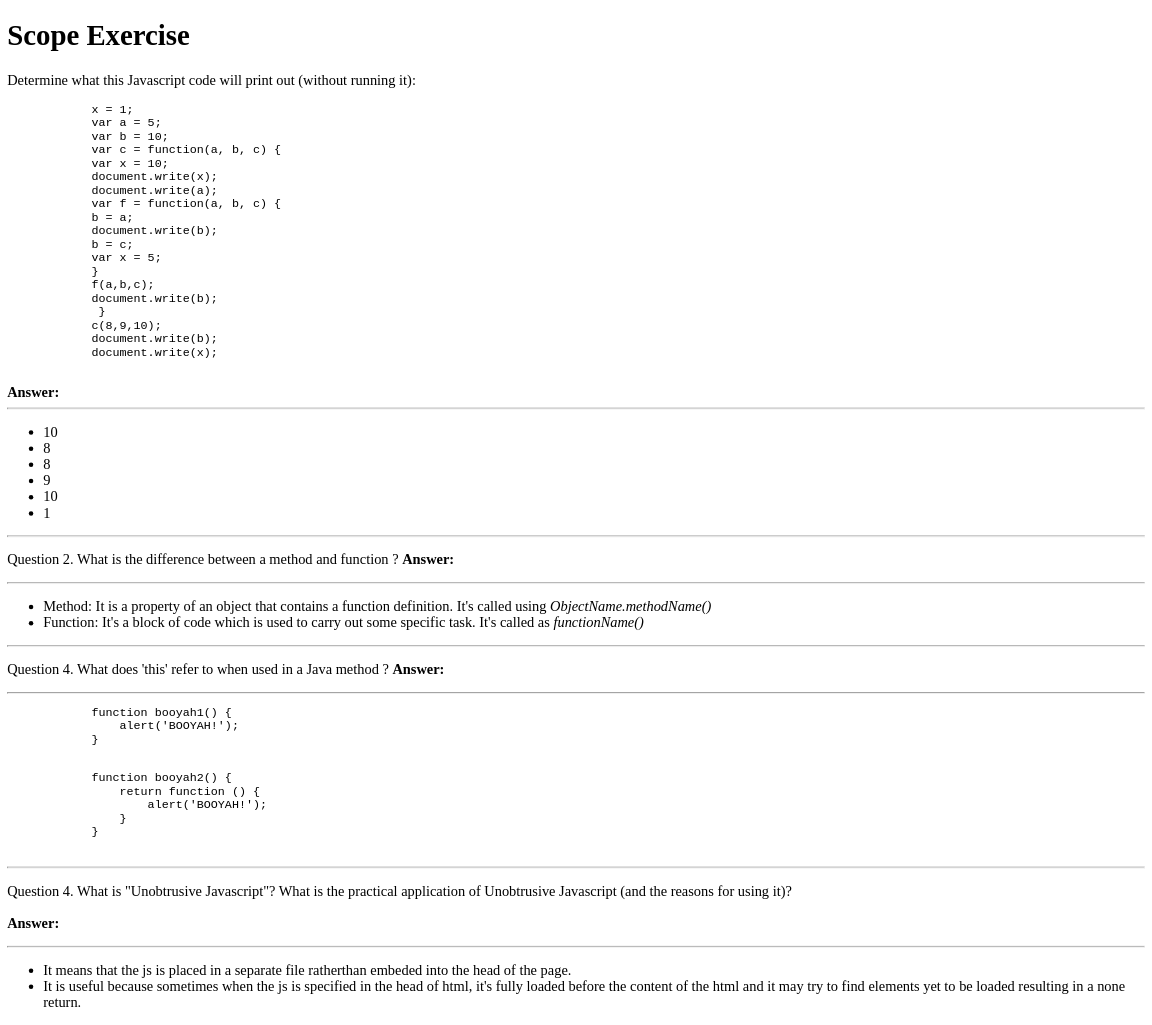
Repository: bethelbahiru/WAP
Page: Homework3/scope.html
The author's editor kept a copy of each file at every save. The page is drawn from the files as they stood at one save, then again after the next save.
The browser window is 1280 px wide. The pictures show the whole page, at 90% of full size.

Above is the page before, as saved 2022-01-18 15:57:00.

After the next save:
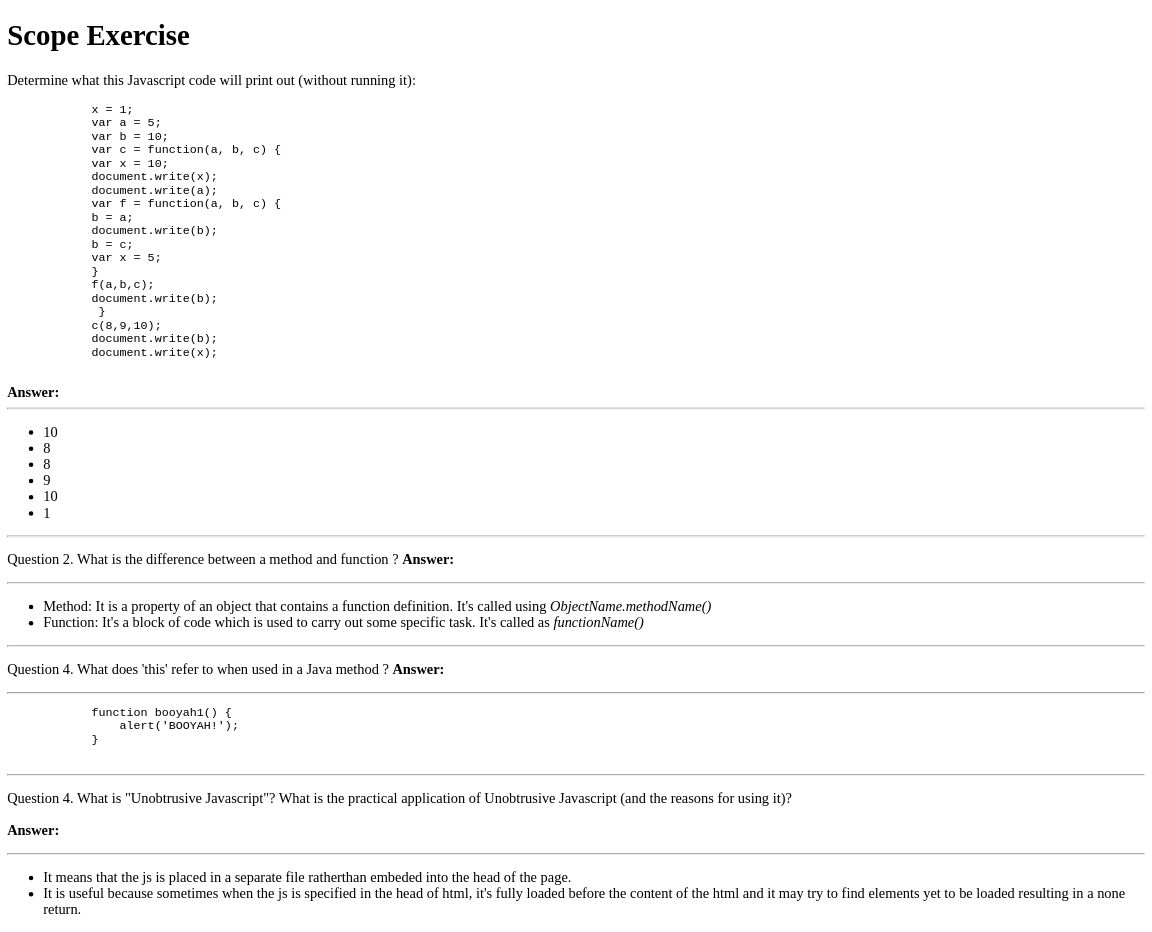
Saved 98 s later.
--- a/Homework3/scope.html
+++ b/Homework3/scope.html
@@ -61,13 +61,6 @@
                 alert('BOOYAH!');
             }
         </pre>
-        <pre>
-            function booyah2() {
-                return function () {
-                    alert('BOOYAH!');
-                }
-            }
-        </pre>
     </p>
     <hr>
     <p>Question 4. What is "Unobtrusive Javascript"? What is the practical application of Unobtrusive Javascript (and the reasons
